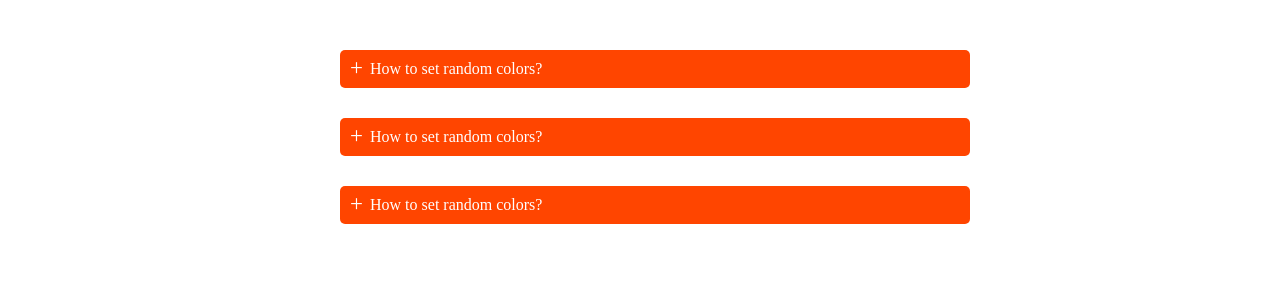
Repository: truongtn04/f8-fullstack-k5
Page: day05/ex02.html
The author's editor kept a copy of each file at every save. The page is drawn from the files as they stood at one save, then again after the next save.
The browser window is 1280 px wide. The pictures show the whole page.

Above is the page before, as saved 2023-12-04 11:32:07.

### day05/ex02.html
<!DOCTYPE html>
<html lang="en">
<head>
    <meta charset="UTF-8">
    <meta name="viewport" content="width=device-width, initial-scale=1.0">
    <title>Document</title>
    <link rel="stylesheet" href="css/ex02.css">
</head>
<body>
    <article>
        <label class ="list-content1" onclick =showText1()>
            <input type="radio" name ="text1">
            <span>How to set random colors?</span>
            <div class="text">
                <p>To set random colors: <br>
                1&#41; Add <b>fag-random-colors </b> class <br>
                2&#41; To change color, open theme &#40;num&#41; css, find "jag-fag-random-colors"<br>
                3&#41; You can change color form here <br>
                Lorem ipsum dolor sit amet consectetur adipisicing elit. Ad veniam optio eligendi ullam exercitationem modi, maxime deserunt quidem illo commodi odit ratione veritatis? Magnam, adipisci! Quod praesentium eius odit est.
                </p>
             </div>
    </label>
        <label class ="list-content2" onclick =showText2()>
            <input type="radio" name="text1" >
            <span>How to set random colors?</span>
            <div class="text">
                <p>To set random colors: <br>
                1&#41; Add <b>fag-random-colors </b> class <br>
                2&#41; To change color, open theme &#40;num&#41; css, find "jag-fag-random-colors"<br>
                3&#41; You can change color form here <br>
                Lorem ipsum dolor sit amet consectetur adipisicing elit. Ad veniam optio eligendi ullam exercitationem modi, maxime deserunt quidem illo commodi odit ratione veritatis? Magnam, adipisci! Quod praesentium eius odit est.
                </p>
             </div>
        </label>
        <label class ="list-content3" onclick =showText3()>
            <input type="radio" name="text1" >
            <span>How to set random colors?</span>
            <div class="text">
                <p>To set random colors: <br>
                1&#41; Add <b>fag-random-colors </b> class <br>
                2&#41; To change color, open theme &#40;num&#41; css, find "jag-fag-random-colors"<br>
                3&#41; You can change color form here <br>
                Lorem ipsum dolor sit amet consectetur adipisicing elit. Ad veniam optio eligendi ullam exercitationem modi, maxime deserunt quidem illo commodi odit ratione veritatis? Magnam, adipisci! Quod praesentium eius odit est.
                </p>
             </div>
        </label>
    </article>
    <script>
        var list1 = document.querySelector('.list-content1');
        var list2 = document.querySelector('.list-content2');
        var list3 = document.querySelector('.list-content3');
        function showText1(){
            list1.classList.add('bonus');
            list2.classList.remove('bonus');
            list3.classList.remove('bonus');
        }
        function showText2(){
            list1.classList.remove('bonus');
            list2.classList.add('bonus');
            list3.classList.remove('bonus');
        }
        function showText3(){
            list1.classList.remove('bonus');
            list2.classList.remove('bonus');
            list3.classList.add('bonus');
        }
    </script>
</body>
</html>

### day05/css/ex02.css
body{
    margin: 50px 50px;
}
label{
    background-color: orangered;
}
article{
    width: 600px;
    margin: 0 auto;
}
input{
    display: none;
}
label{
    width: 600px;
    display: block;
    padding: 10px 0 10px 0;
    margin-bottom: 30px;
    border-radius: 5px;
    position: relative;
    padding-left: 30px;
    color: white;
}
span::before{
    content:'+';
    position: absolute;
    font-size: 23px;
    top: 5px;
    left: 10px;
}
span::after{
    content:'-';
    position: absolute;
    font-size: 30px;
    color: black;
    font-size: 30px;
    left:12px;
    top: 0;
    display: none;
}
.text{
    display: none;
    position: absolute;

}
input[type ="radio"]:checked ~ .text{
    display: block;
}
input[type ="radio"]:checked ~ span:after{
    display: block;
}
.bonus{
    margin-bottom: 150px;
}

After the next save:
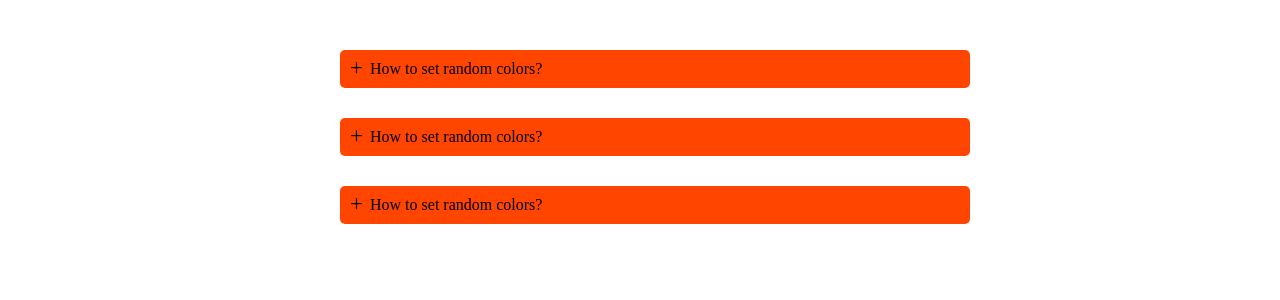
Saved 19 s later.
--- a/day05/css/ex02.css
+++ b/day05/css/ex02.css
@@ -19,7 +19,6 @@ label{
     border-radius: 5px;
     position: relative;
     padding-left: 30px;
-    color: white;
 }
 span::before{
     content:'+';
